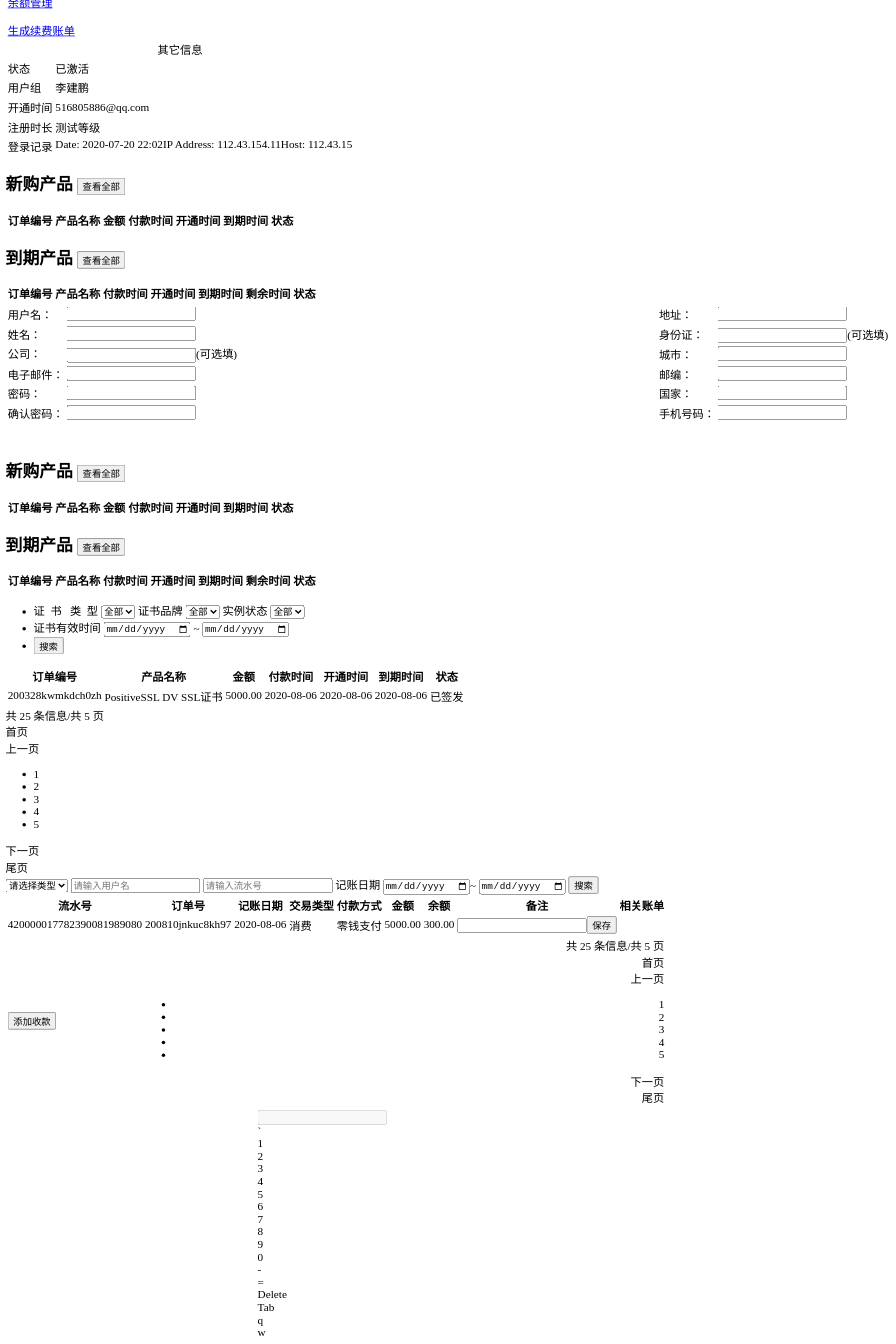
Repository: wangyan466393/racentSystem
Page: customerData.html
The author's editor kept a copy of each file at every save. The page is drawn from the files as they stood at one save, then again after the next save.
The browser window is 1280 px wide. The pictures show the part of the page from y = 717 to 2637 px (the page is 3411 px tall before and 3417 px after), at 70% of full size.

Above is the page before, as saved 2020-08-13 17:56:11.

After the next save:
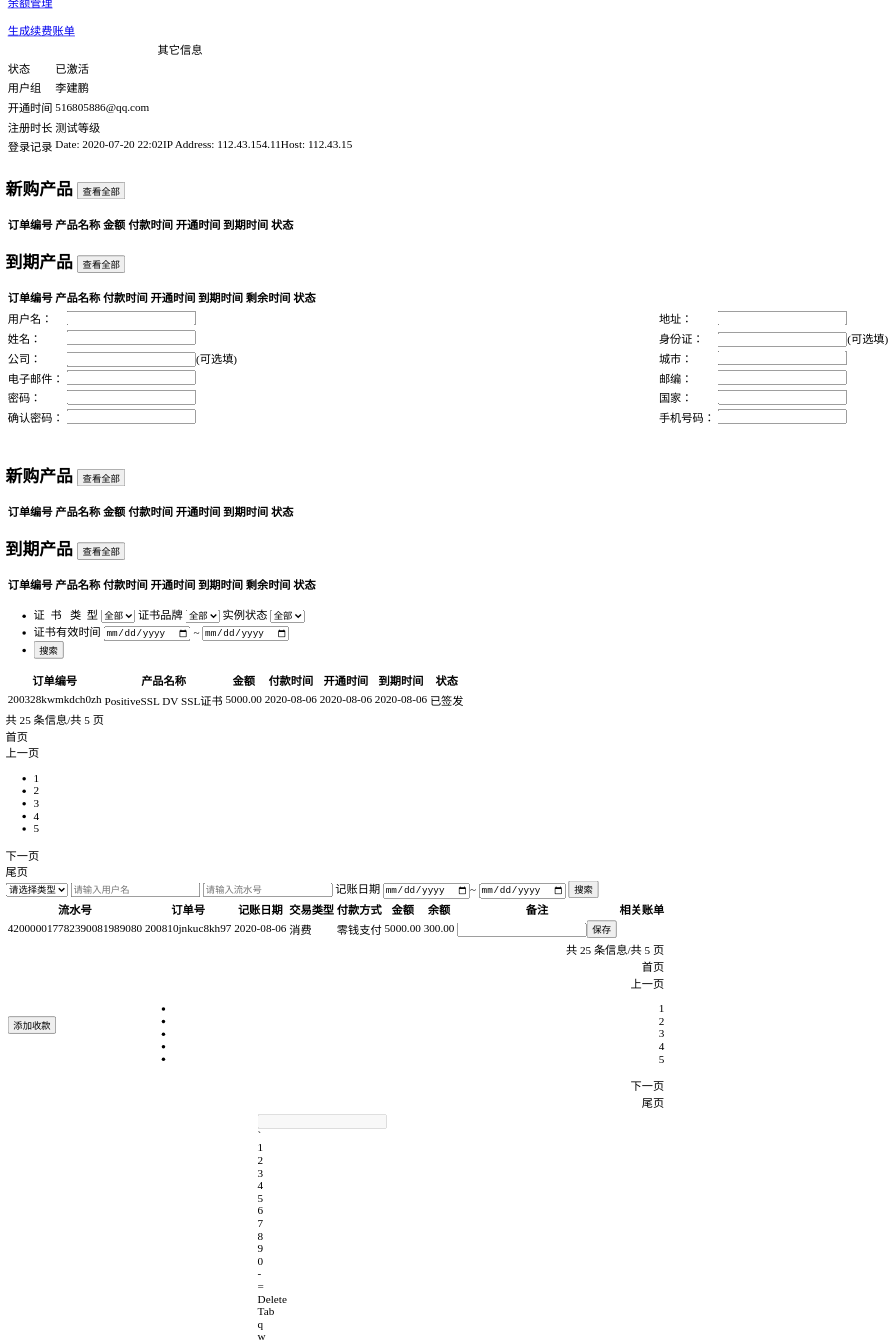
Saved 3 min 4 s later.
--- a/customerData.html
+++ b/customerData.html
@@ -127,8 +127,8 @@
                                 <td>测试等级</td>
                             </tr>
                             <tr>
-                                <td rowspan="5" valign="top">登录记录</td>
-                                <td rowspan="5" valign="top">
+                                <td rowspan="2" valign="top">登录记录</td>
+                                <td rowspan="2" valign="top">
                                     <span> Date: 2020-07-20 22:02IP Address: 112.43.154.11Host: 112.43.15</span>
                                 </td>
                             </tr>
